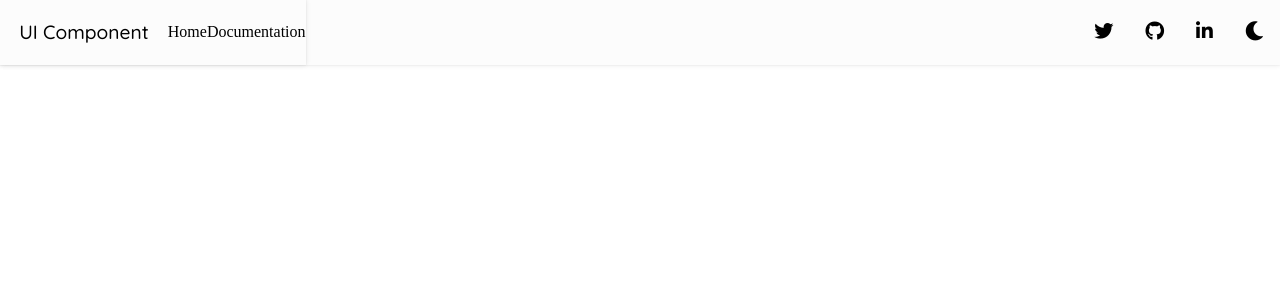
Repository: anuj-kumary/cmp-liab
Page: index.html
These files come from the project's save history. The page is drawn as it stood at one moment and after the next save; the edit follows.
The browser window is 1280 px wide. The pictures show the whole page.
Some web libraries are served in a nearby version.

Above is the page before, as saved 2022-01-13 21:02:28.

### index.html
<!DOCTYPE html>
<html lang="en">

<head>
    <meta charset="UTF-8">
    <meta http-equiv="X-UA-Compatible" content="IE=edge">
    <meta name="viewport" content="width=device-width, initial-scale=1.0">
    <title>U&I | Home</title>
    <link rel="stylesheet" href="style.css">
    <link rel="stylesheet" href="https://cdnjs.cloudflare.com/ajax/libs/font-awesome/5.10.0/css/all.min.css" integrity="sha512-PgQMlq+nqFLV4ylk1gwUOgm6CtIIXkKwaIHp/PAIWHzig/lKZSEGKEysh0TCVbHJXCLN7WetD8TFecIky75ZfQ==" crossorigin="anonymous" referrerpolicy="no-referrer" />
</head>
<body>
<nav>
    <div class="navbar">
        <p class="logo">UI Component</p>
        <p>Home</p>
        <p>Documentation</p>
    </div>
    <ul class="social-Link">
        <li><i class="fab fa-twitter"></i></li>
        <li><i class="fab fa-github"></i></li>
        <li><i class="fab fa-linkedin-in"></i></li>
        <li><i class="fas fa-moon"></i></i></li>
    </ul>
</nav>

</body>
</html>

### style.css
@import url('https://fonts.googleapis.com/css2?family=Montserrat:wght@300;500;600&family=Quicksand:wght@300;400;500;600;700&display=swap');
*{
    margin: 0;
    padding: 0;
    box-sizing: border-box;
}
:root {
   --font-family: 'Quicksand', sans-serif;
  }
body{
    min-height: 100vh;
    width: 100vw;
}
nav,.navbar{
    display: flex;
    justify-content: space-between;
    align-items: center;
    height: 9vh;
    background: #fcfcfc;
    box-shadow: rgba(0, 0, 0, 0.1) 0px 0px 5px 0px, rgba(0, 0, 0, 0.1) 0px 0px 1px 0px;
}
.logo{
    font-size: 1.2rem;
    padding: 1.2rem;
    font-family: var(--font-family);
    font-weight: 500;
}
.social-Link{
    display: flex;
}
li{
    list-style-type: none;
    justify-items: center;
    padding: 1rem;
    font-size: 1.2rem;
    cursor: pointer;
}
li:hover{
    color: #dc143c;
}

After the next save:
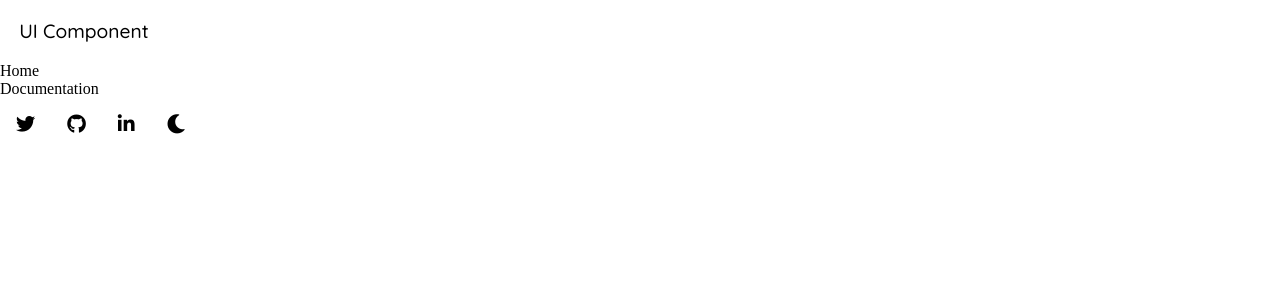
Saved 8 s later.
--- a/style.css
+++ b/style.css
@@ -11,7 +11,7 @@ body{
     min-height: 100vh;
     width: 100vw;
 }
-nav,.navbar{
+nav,{
     display: flex;
     justify-content: space-between;
     align-items: center;
